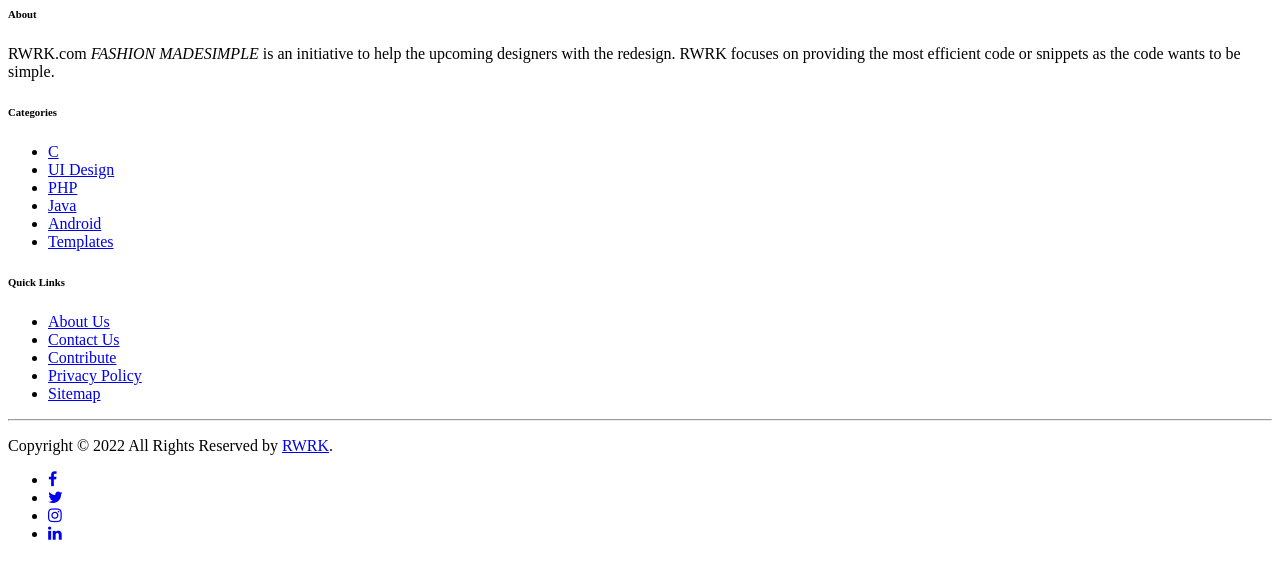
Repository: undeaDD/RWRK
Page: assets/parts/footer.html
These files come from the project's save history. The page is drawn as it stood at one moment and after the next save; the edit follows.
The browser window is 1280 px wide. The pictures show the whole page.

Above is the page before, as saved 2022-04-23 17:35:23.

After the next save:
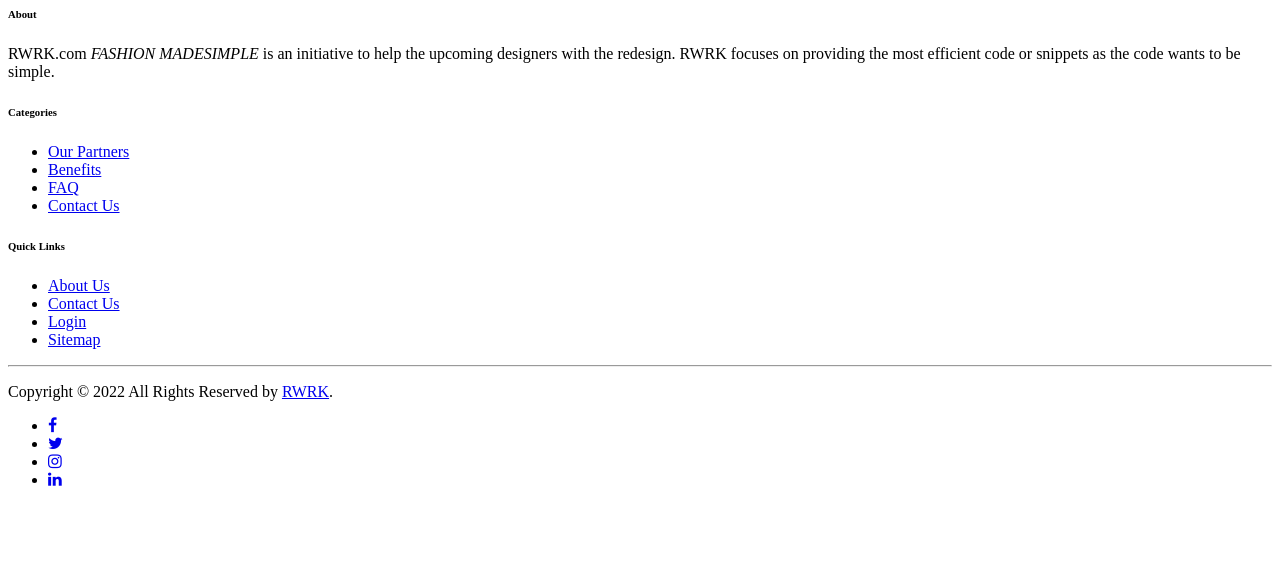
Saved 20 h 0 min later.
--- a/assets/parts/footer.html
+++ b/assets/parts/footer.html
@@ -12,12 +12,10 @@
             <div class="col-xs-6 col-md-3">
               <h6>Categories</h6>
               <ul class="footer-links">
-                <li><a href="http://scanfcode.com/category/c-language/">C</a></li>
-                <li><a href="http://scanfcode.com/category/front-end-development/">UI Design</a></li>
-                <li><a href="http://scanfcode.com/category/back-end-development/">PHP</a></li>
-                <li><a href="http://scanfcode.com/category/java-programming-language/">Java</a></li>
-                <li><a href="http://scanfcode.com/category/android/">Android</a></li>
-                <li><a href="http://scanfcode.com/category/templates/">Templates</a></li>
+                <li><a href="http://scanfcode.com/category/c-language/">Our Partners</a></li>
+                <li><a href="http://scanfcode.com/category/front-end-development/">Benefits</a></li>
+                <li><a href="http://scanfcode.com/category/back-end-development/">FAQ</a></li>
+                <li><a href="http://scanfcode.com/category/java-programming-language/">Contact Us</a></li>
               </ul>
             </div>
 
@@ -26,8 +24,7 @@
               <ul class="footer-links">
                 <li><a href="http://scanfcode.com/about/">About Us</a></li>
                 <li><a href="http://scanfcode.com/contact/">Contact Us</a></li>
-                <li><a href="http://scanfcode.com/contribute-at-scanfcode/">Contribute</a></li>
-                <li><a href="http://scanfcode.com/privacy-policy/">Privacy Policy</a></li>
+                <li><a href="http://scanfcode.com/contribute-at-scanfcode/">Login</a></li>
                 <li><a href="http://scanfcode.com/sitemap/">Sitemap</a></li>
               </ul>
             </div>
